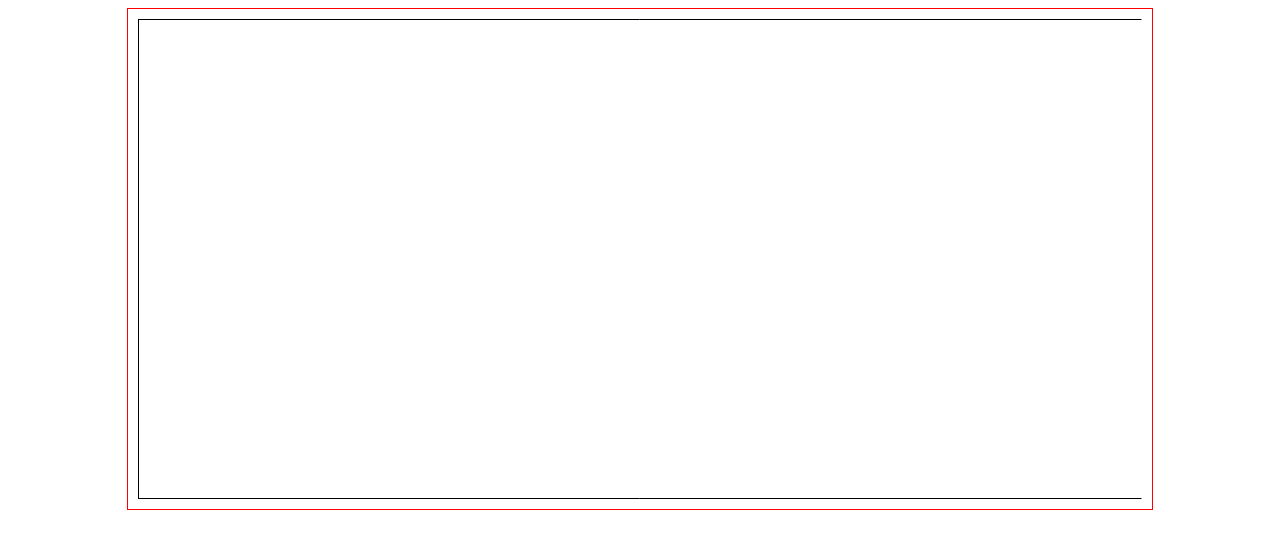
Repository: cw19931024/Demo
Page: canvas.html
These files come from the project's save history. The page is drawn as it stood at one moment and after the next save; the edit follows.
The browser window is 1280 px wide. The pictures show the whole page.

Above is the page before, as saved 2017-07-27 11:22:04.
Console error: ReferenceError: ctx is not defined

### canvas.html
<!DOCTYPE html>
<html lang="en">

<head>
    <title></title>
    <meta charset="UTF-8">
    <meta name="viewport" context="width=device-width, initial-scale=1">
    <style>
        canvas {
            margin: 0 auto;
            border: 1px solid red;
            width: 1024px;
            height: 500px;
        }

        .tac {
            text-align: center;
        }
    </style>
</head>

<body>
    <div class="tac">
        <canvas id="canvas" width="1024" height="500"></canvas>
    </div>
</body>
<script>
    var data = [
        [96.24, 11.35],
        [33.09, 85.11],
        [57.60, 36.61],
        [36.77, 27.26],
        [20.10, 6.72],
        [45.53, 36.37],
        [110.07, 80.13],
        [72.05, 20.88],
        [39.82, 37.15],
        [48.05, 70.50],
        [0.85, 2.57],
        [51.66, 63.70],
        [61.07, 127.13],
        [64.54, 33.59],
        [35.50, 25.01],
        [226.55, 664.02],
        [188.60, 175.31],
        [81.31, 108.68]
    ];

    var canvas = document.getElementById('canvas');
    var context = canvas.getContext('2d');
    var width = canvas.width;
    var height = canvas.height;
    var padding = 10;

    context.beginPath();
    Edit('moveTo',[padding + 0.5, height - padding - 0.5]);
    Edit('lineTo',[padding + 0.5,padding + 0.5]);
    Edit('moveTo',[padding,height-padding-0.5]);
    Edit('lineTo',[width-padding-0.5,height-padding-0.5]);
    Edit('moveTo',[padding,padding + 0.5]);
    Edit('lineTo',[width - padding - 0.5,padding + 0.5]);
    context.stroke();

    data.forEach(function(e){
        context.beginPath();
        ctx.arc(e[0],e[1], 50, 0, Math.PI*2, true);
        // Edit('arc',e[0],e[1],40,0)
        context.stroke();
    })

    function Edit(type,data){
       if(data.length==2){
           return context[type](data[0],data[1])
       }else{
           return context[type](data[0],data[1],data[2],data[3],data[4],data[5])
       }
    }
</script>

</html>

After the next save:
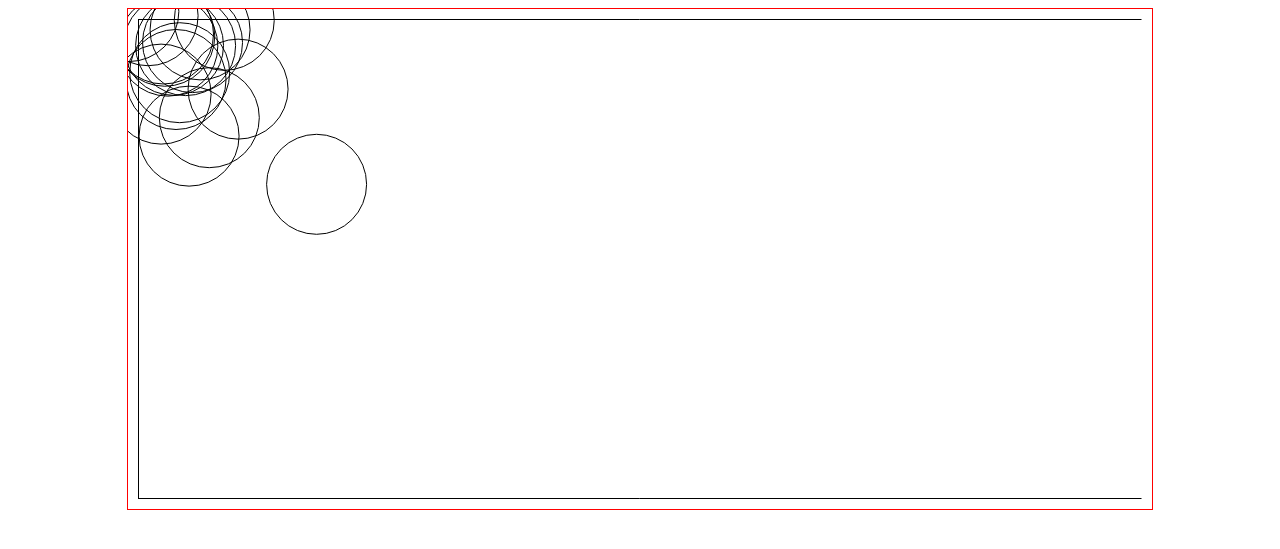
The error is gone.
Saved 8 s later.
--- a/canvas.html
+++ b/canvas.html
@@ -63,7 +63,7 @@
 
     data.forEach(function(e){
         context.beginPath();
-        ctx.arc(e[0],e[1], 50, 0, Math.PI*2, true);
+        context.arc(e[0],e[1], 50, 0, Math.PI*2, true);
         // Edit('arc',e[0],e[1],40,0)
         context.stroke();
     })
